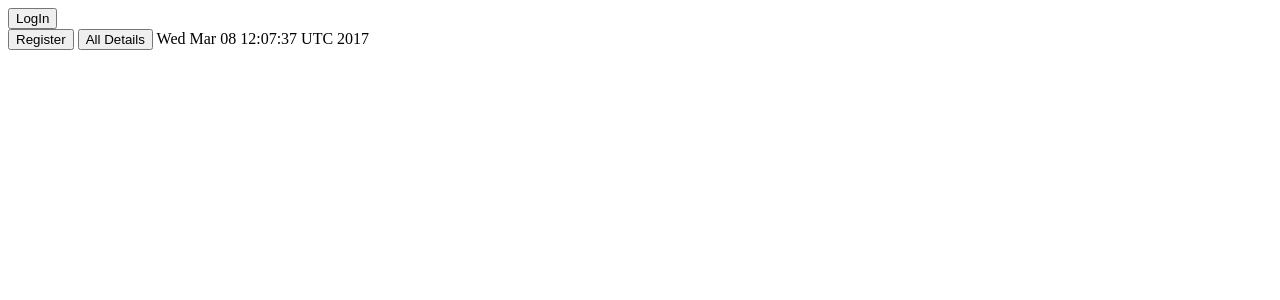
Repository: iamvinayhv/Servlet
Page: http://localhost/EmployeeApp/jsp/welcome.jsp
An editor plug-in stored every save of this project. The page is shown before and after the next save, followed by the edit.
The browser window is 1280 px wide. The pictures show the whole page.
The page is served by Tomcat 9.

Above is the page before, as saved 2017-03-09 08:06:52.

After the next save:
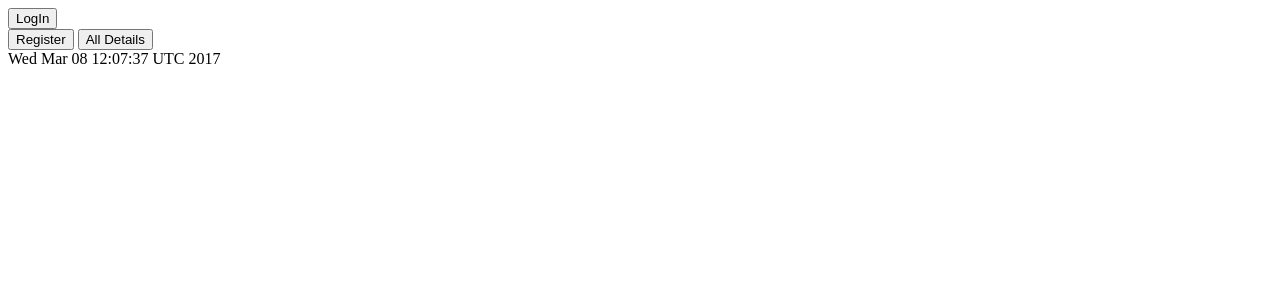
Saved 44 s later.
--- a/EmployeeApp/WebContent/jsp/welcome.jsp
+++ b/EmployeeApp/WebContent/jsp/welcome.jsp
@@ -15,7 +15,7 @@
 <input align="right" type= "submit" value="Register"></a>
 
 <a href="details.jsp">
-<input align="right" type= "submit" value="All Details"></a>
+<input align="right" type= "submit" value="All Details"></a><br/>
 
 
 <% Date d=new Date();
